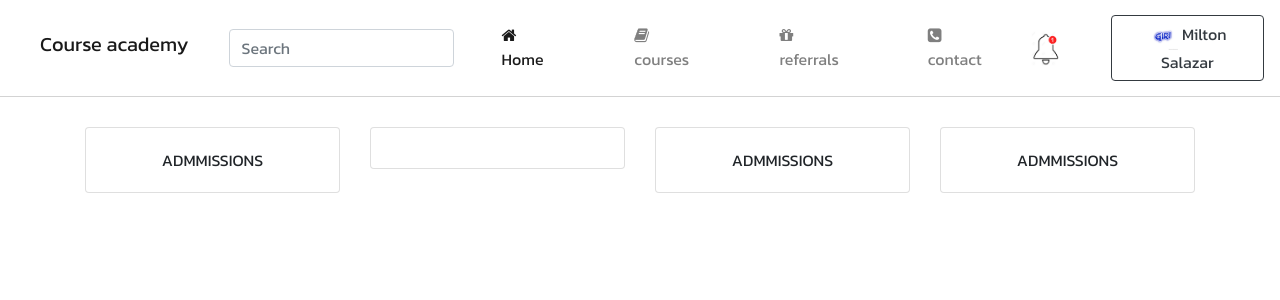
Repository: giribabu1997/html-layout
Page: task.html
These files come from the project's save history. The page is drawn as it stood at one moment and after the next save; the edit follows.
The browser window is 1280 px wide. The pictures show the whole page.

Above is the page before, as saved 2019-06-24 14:57:25.

After the next save:
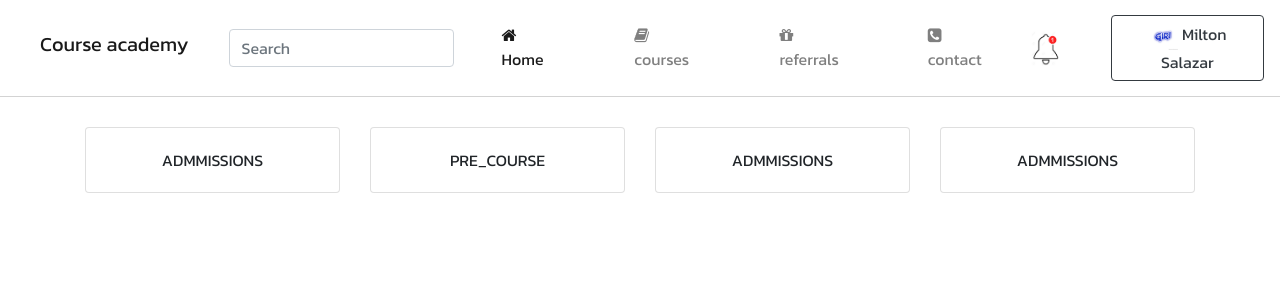
Saved 5 s later.
--- a/task.html
+++ b/task.html
@@ -81,7 +81,7 @@
             <div class="col-md-3">
                     <div class="card">
                         <div class="card-body" style="text-align: center">
-                            <h> </h>
+                            <h> PRE_COURSE</h>
                         </div>
                     </div>
                 </div>
